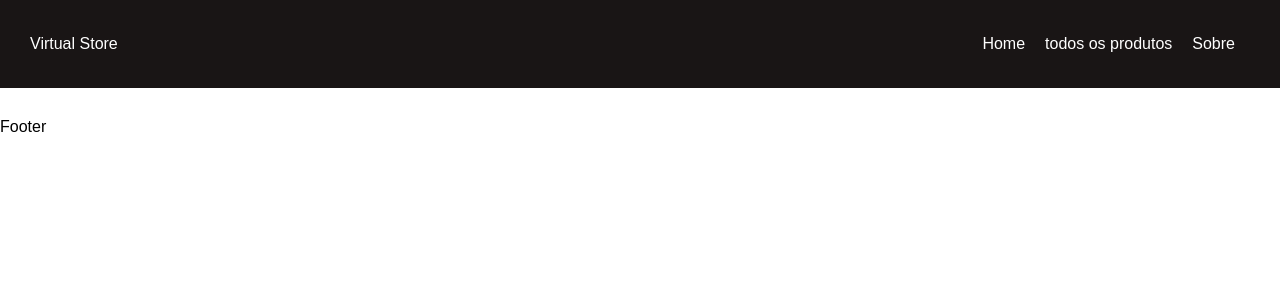
Repository: meiotera/virtuL-store
Page: /lista-de-produtos
The author's editor kept a copy of each file at every save. The page is drawn from the files as they stood at one save, then again after a run of saves.
The browser window is 1280 px wide. The pictures show the whole page.
The page's requests for data from a server got no answer. The project was rebuilt for these pictures with package versions that can differ from the ones it lists, and the page was loaded fresh each time. No one was signed in, and anything a server would have sent is missing. Also part of the build but not shown: vite.config.js, src/pages/Home.jsx, src/styles/ProductCard.module.css, src/components/ProductCard.jsx.

Above is the page before, as saved 2025-04-08 07:46:26.

After the next 2 saves:
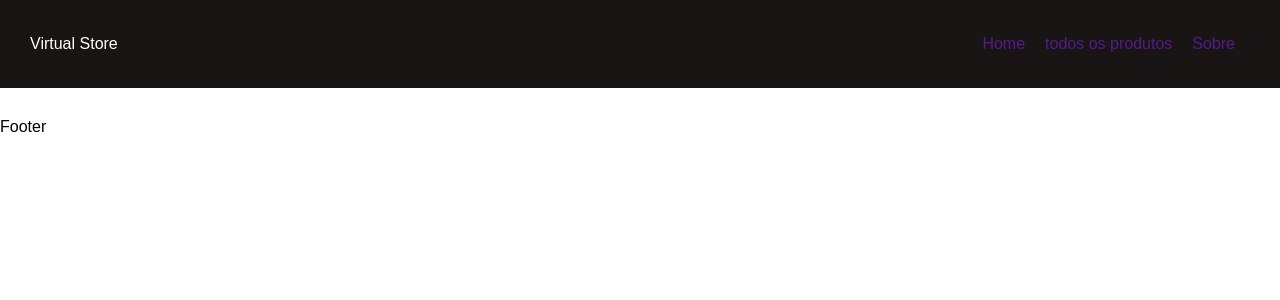
The 2 saves are shown as one change because they came seconds apart.
The last was saved 6 s later.
--- a/src/styles/Header.module.css
+++ b/src/styles/Header.module.css
@@ -18,6 +18,5 @@
 .navContainer a {
   padding: 5px;
   margin-right: 10px;
-  color: #fff;
   text-decoration: none;
 }

After the save that followed:
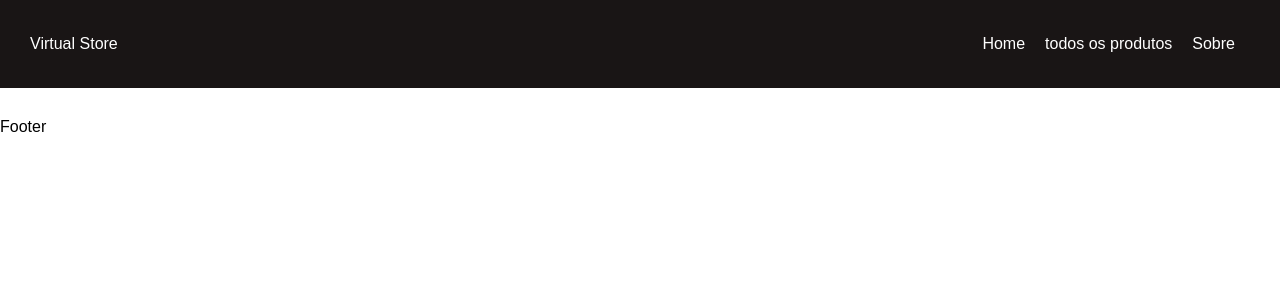
Saved 6 s later.
--- a/src/styles/Header.module.css
+++ b/src/styles/Header.module.css
@@ -18,5 +18,6 @@
 .navContainer a {
   padding: 5px;
   margin-right: 10px;
+  color: #fff;
   text-decoration: none;
 }
